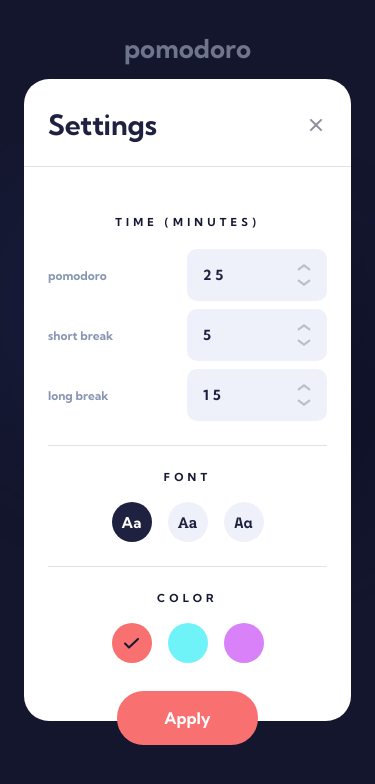
Repository: blordeus/pomodoro-app
Page: /, after clicking the first element matching `button.settings-trigger`
An editor plug-in stored every save of this project. The page is shown before and after the next save, followed by the edit.
The browser window is 375 px wide. The pictures show the whole page.
The project was rebuilt for these pictures with package versions that can differ from the ones it lists, and the page was loaded fresh each time.

Above is the page before, as saved 2026-05-09 18:28:24.

After the next save:
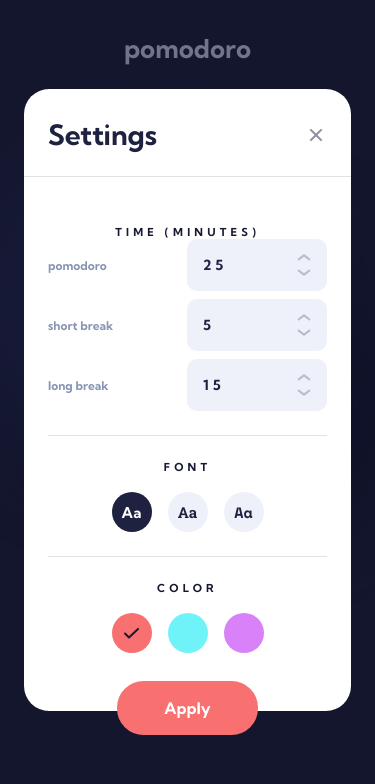
Saved 5 s later.
--- a/src/index.css
+++ b/src/index.css
@@ -492,7 +492,9 @@ button {
   }
 
   .modal__section-title {
-    margin-bottom: 20px;
+    margin-bottom: 0;
     text-align: center;
   }
-}
+
+
+}
